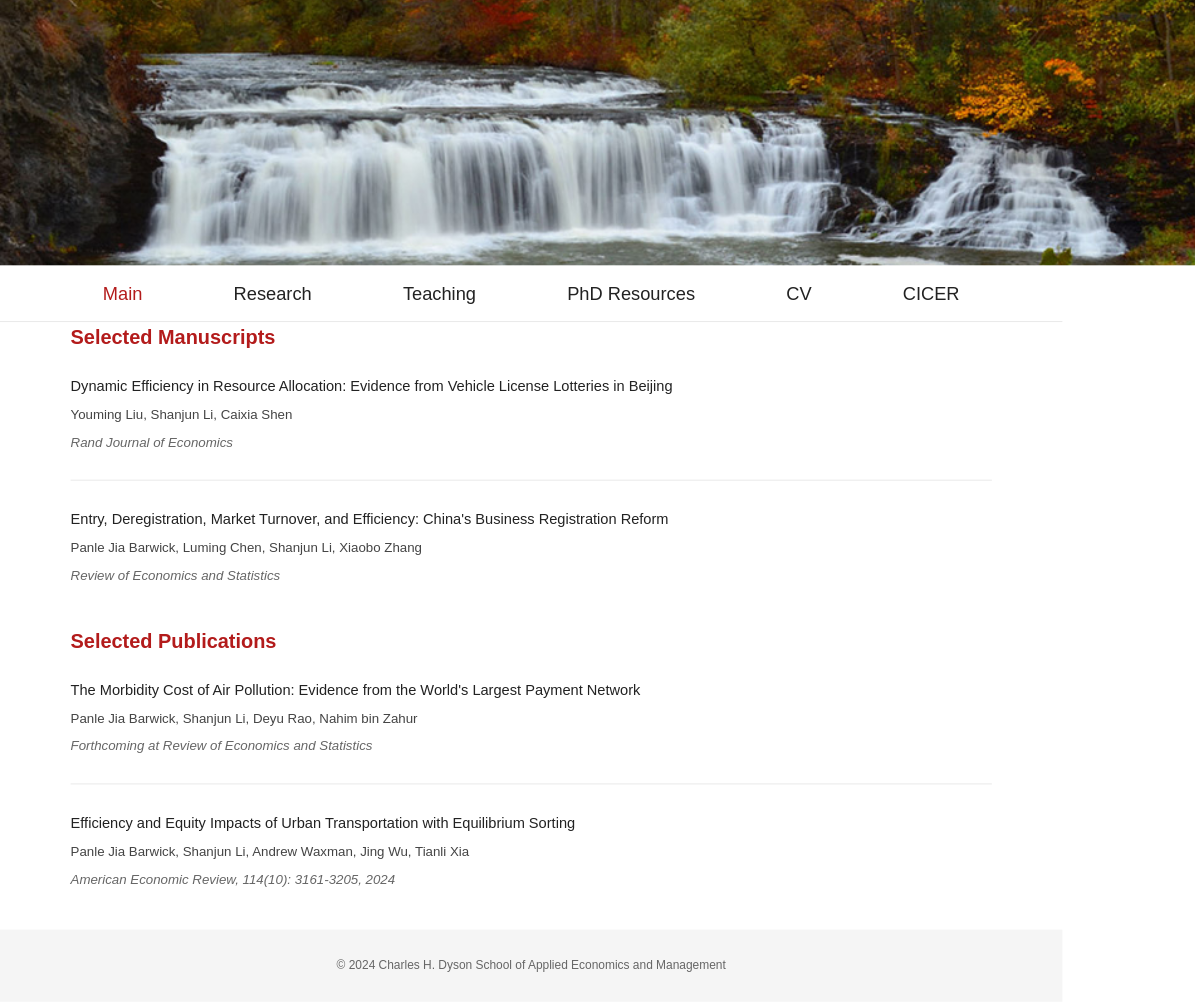
Repository: huang-heavenly-Emperor/k1_project
Page: index.html
These files come from the project's save history. The page is drawn as it stood at one moment and after the next save; the edit follows.
The browser window is 1280 px wide. The page is 1440 px wide, so the pictures cover 1440 px, including what lies to the right of the window. The pictures show the whole page, at 83% of full size.

Above is the page before, as saved 2024-11-17 05:17:03.

### index.html
<!DOCTYPE html>
<html lang="en">
<head>
    <meta charset="UTF-8">
    <meta name="viewport" content="width=device-width, initial-scale=1.0">
    <title>Academic Homepage</title>
    <link rel="stylesheet" href="reset.css">
    <link rel="stylesheet" href="index.css">
</head>
<body>
    <header>
        <div class="banner">
            <img src="./images/Waterfall.jpg" alt="Scenic waterfall with autumn foliage">
        </div>
        <nav>
            <div class="container">
                <ul>
                    <li><a href="./page2.html" class="active">Main</a></li>
                    <li><a href="./research.html">Research</a></li>
                    <li><a href="#">Teaching</a></li>
                    <li><a href="#">PhD Resources</a></li>
                    <li><a href="#">CV</a></li>
                    <li><a href="#">CICER</a></li>
                </ul>
            </div>
        </nav>
    </header>

    <main class="container">
        <section class="manuscripts">
            <h2>Selected Manuscripts</h2>
            <ul>
                <li>
                    <p class="title">Dynamic Efficiency in Resource Allocation: Evidence from Vehicle License Lotteries in Beijing</p>
                    <p class="authors">Youming Liu, Shanjun Li, Caixia Shen</p>
                    <p class="journal">Rand Journal of Economics</p>
                </li>
                <li>
                    <p class="title">Entry, Deregistration, Market Turnover, and Efficiency: China's Business Registration Reform</p>
                    <p class="authors">Panle Jia Barwick, Luming Chen, Shanjun Li, Xiaobo Zhang</p>
                    <p class="journal">Review of Economics and Statistics</p>
                </li>
            </ul>
        </section>

        <section class="publications">
            <h2>Selected Publications</h2>
            <ul>
                <li>
                    <p class="title">The Morbidity Cost of Air Pollution: Evidence from the World's Largest Payment Network</p>
                    <p class="authors">Panle Jia Barwick, Shanjun Li, Deyu Rao, Nahim bin Zahur</p>
                    <p class="journal">Forthcoming at Review of Economics and Statistics</p>
                </li>
                <li>
                    <p class="title">Efficiency and Equity Impacts of Urban Transportation with Equilibrium Sorting</p>
                    <p class="authors">Panle Jia Barwick, Shanjun Li, Andrew Waxman, Jing Wu, Tianli Xia</p>
                    <p class="journal">American Economic Review, 114(10): 3161-3205, 2024</p>
                </li>
            </ul>
        </section>
    </main>

    <footer>
        <div class="container">
            <p>© 2024 Charles H. Dyson School of Applied Economics and Management</p>
        </div>
    </footer>
</body>
</html>

### reset.css
/* Reset CSS */
*, *::before, *::after {
    margin: 0;
    padding: 0;
    box-sizing: border-box;
}

html, body {
    height: 100%;
    font-size: 16px;
    line-height: 1.5;
    -webkit-font-smoothing: antialiased;
    -moz-osx-font-smoothing: grayscale;
}

body {
    font-family: Arial, sans-serif;
    color: #333;
}

ul, ol {
    list-style: none;
}

a {
    text-decoration: none;
    color: inherit;
}

img {
    max-width: 100%;
    height: auto;
    display: block;
}

button, input, select, textarea {
    font: inherit;
    color: inherit;
}

h1, h2, h3, h4, h5, h6 {
    font-size: inherit;
    font-weight: inherit;
}

### index.css
/* Base Styles */
:root {
  --primary-color: #B31B1B;
  --text-color: #222;
  --link-color: #0076BB;
  --background-color: #fff;
  --border-color: #e5e5e5;
}

body {
  font-family: Arial, sans-serif;
  line-height: 1.6;
  color: var(--text-color);
  background-color: var(--background-color);
}

.container {
  max-width: 1150px;
  padding: 0 20px;
  margin: 0 auto;
}

/* Header Styles */
header {
  position: relative;
  /* box-shadow: 0 2px 4px rgba(0, 0, 0, 0.1); */
}

.banner {
  width: 1440px;
  height: 320px;
  margin: 0 auto;
  overflow: hidden;
  position: relative;
}

.banner img {
  width: 100%;
  height: 100%;
  object-fit: cover;
}

/* Navigation Styles */
nav {
  background-color: var(--background-color);
  border-bottom: 1px solid var(--border-color);
}

nav ul {
  display: flex;
  justify-content: space-around;
  align-items: center;
  gap: 2rem;
  padding: 1rem 0;
  list-style: none;
}

nav a {
  text-decoration: none;
  color: var(--text-color);
  font-weight: 500;
  font-size: 22px;
  padding: 0.5rem 0;
  transition: color 0.3s;
}

nav a:hover,
nav a.active {
  color: var(--primary-color);
}

/* Main Content Styles */
main {
  padding: 3rem 0;
}

section {
  margin-bottom: 3rem;
}

h2 {
  font-size: 1.5rem;
  font-weight: 600;
  margin-bottom: 1.5rem;
  color: var(--primary-color);
}

.manuscripts ul,
.publications ul {
  list-style: none;
  display: flex;
  flex-direction: column;
  gap: 2rem;
}

.manuscripts li,
.publications li {
  padding-bottom: 2rem;
  border-bottom: 1px solid var(--border-color);
}

.manuscripts li:last-child,
.publications li:last-child {
  border-bottom: none;
  padding-bottom: 0;
}

.title {
  font-size: 1.1rem;
  font-weight: 500;
  margin-bottom: 0.5rem;
}

.authors {
  color: #444;
  margin-bottom: 0.5rem;
}

.journal {
  color: #666;
  font-style: italic;
}

/* Footer Styles */
footer {
  background-color: #f5f5f5;
  padding: 2rem 0;
  text-align: center;
  font-size: 0.9rem;
  color: #666;
}

/* Responsive Design */
@media (max-width: 768px) {
  .banner {
    height: 300px;
  }

  nav ul {
    flex-wrap: wrap;
    justify-content: center;
    gap: 1rem;
  }

  h2 {
    font-size: 1.3rem;
  }

  .title {
    font-size: 1rem;
  }
}

@media (max-width: 480px) {
  .banner {
    height: 200px;
  }

  .manuscripts ul,
  .publications ul {
    gap: 1.5rem;
  }

  .manuscripts li,
  .publications li {
    padding-bottom: 1.5rem;
  }
}

After the next save:
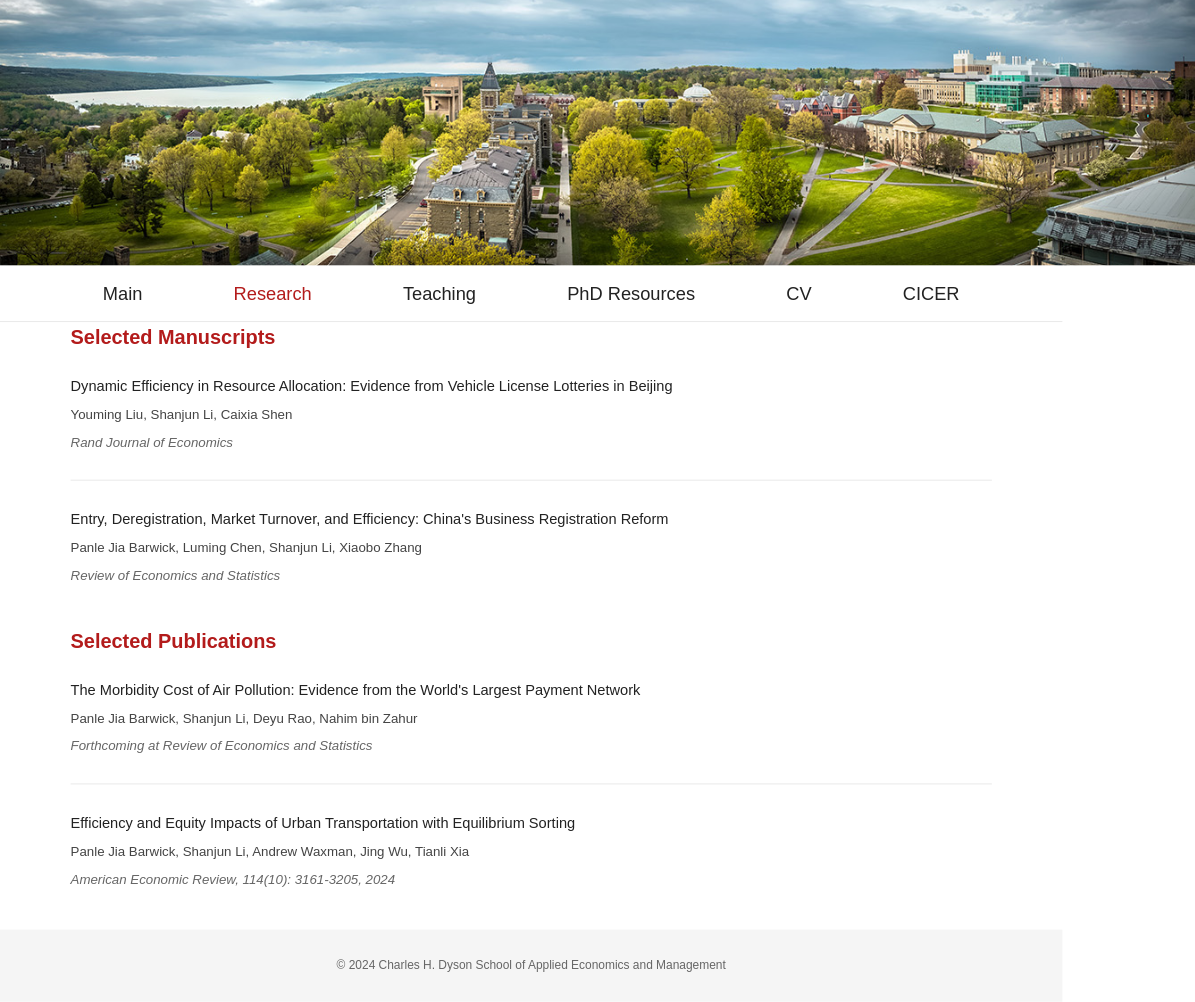
Saved 6 s later.
--- a/index.html
+++ b/index.html
@@ -8,16 +8,16 @@
     <link rel="stylesheet" href="index.css">
 </head>
 <body>
-    <header>
+    <header class="header">
         <div class="banner">
-            <img src="./images/Waterfall.jpg" alt="Scenic waterfall with autumn foliage">
+            <img src="images/Cornell University Ithaca Campus.jpg" alt="Cornell University Campus Panorama" class="banner-img">
         </div>
-        <nav>
+        <nav class="main-nav">
             <div class="container">
-                <ul>
-                    <li><a href="./page2.html" class="active">Main</a></li>
-                    <li><a href="./research.html">Research</a></li>
-                    <li><a href="#">Teaching</a></li>
+                <ul class="nav-list">
+                    <li><a href="./page2.html">Main</a></li>
+                    <li><a href="./research.html" class="active">Research</a></li>
+                    <li><a href="./teaching.html">Teaching</a></li>
                     <li><a href="#">PhD Resources</a></li>
                     <li><a href="#">CV</a></li>
                     <li><a href="#">CICER</a></li>
